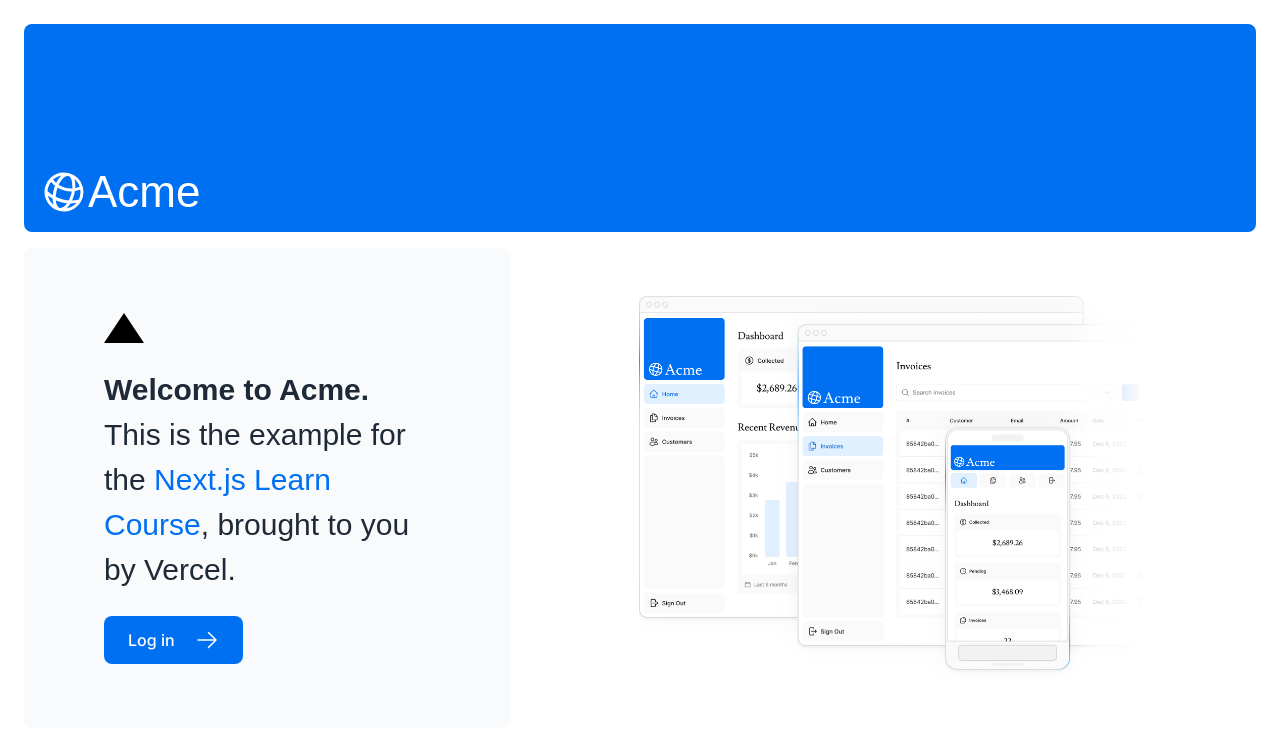
Repository: vaibhav1281/Nextjs-Learning
Page: /
These files come from the project's save history. The page is drawn as it stood at one moment and after the next save; the edit follows.
The browser window is 1280 px wide. The pictures show the whole page.
Some web fonts or font styles are not loaded; a fallback is used. The project was rebuilt for these pictures with package versions that can differ from the ones it lists, and the page was loaded fresh each time. The framework's server and built-in components were replaced by stand-ins that run in the browser. Also part of the build but not shown: next.config.js.

Above is the page before, as saved 2023-12-29 23:13:34.

After the next save:
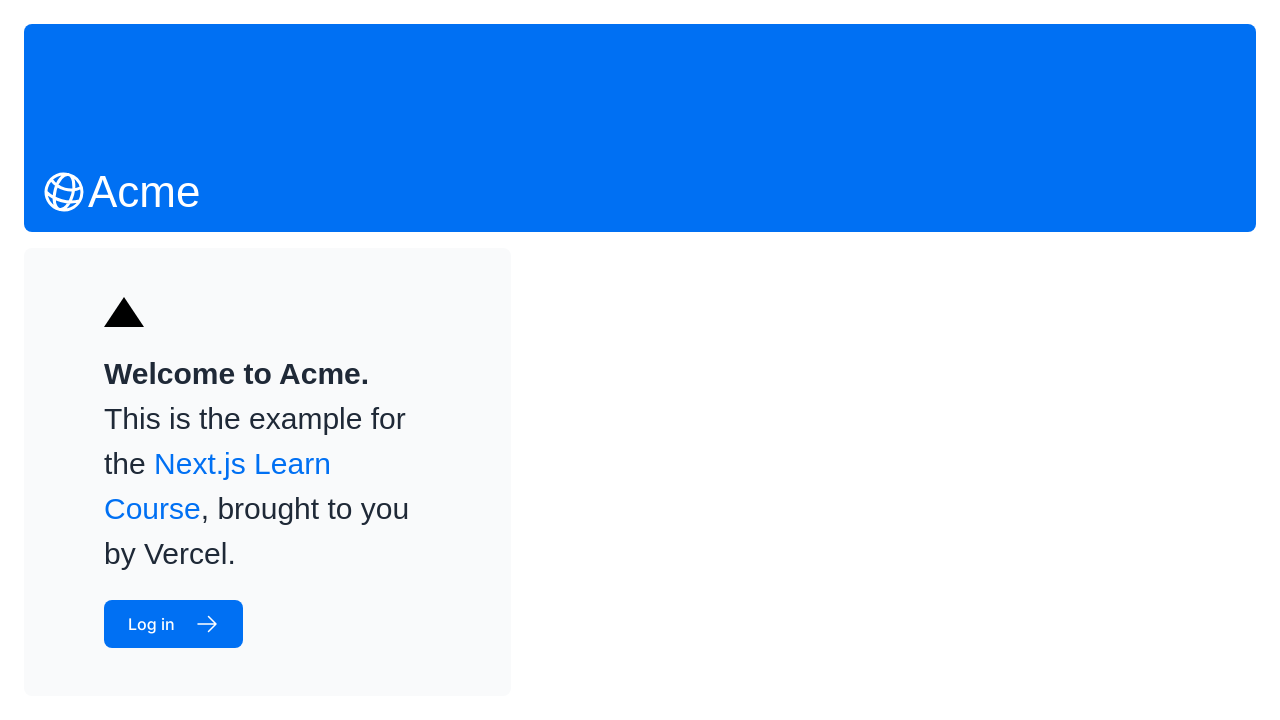
Saved 30 s later.
--- a/app/page.tsx
+++ b/app/page.tsx
@@ -32,13 +32,13 @@
         </div>
         <div className="flex items-center justify-center p-6 md:w-3/5 md:px-28 md:py-12">
           {/* Add Hero Images Here */}
-          <Image
+          {/* <Image
             src='/hero-desktop.png'
             alt=''
             width={1000}
             height={760}
             className='hidden md:block'
-          />
+          /> */}
         </div>
       </div>
     </main>

After the save that followed:
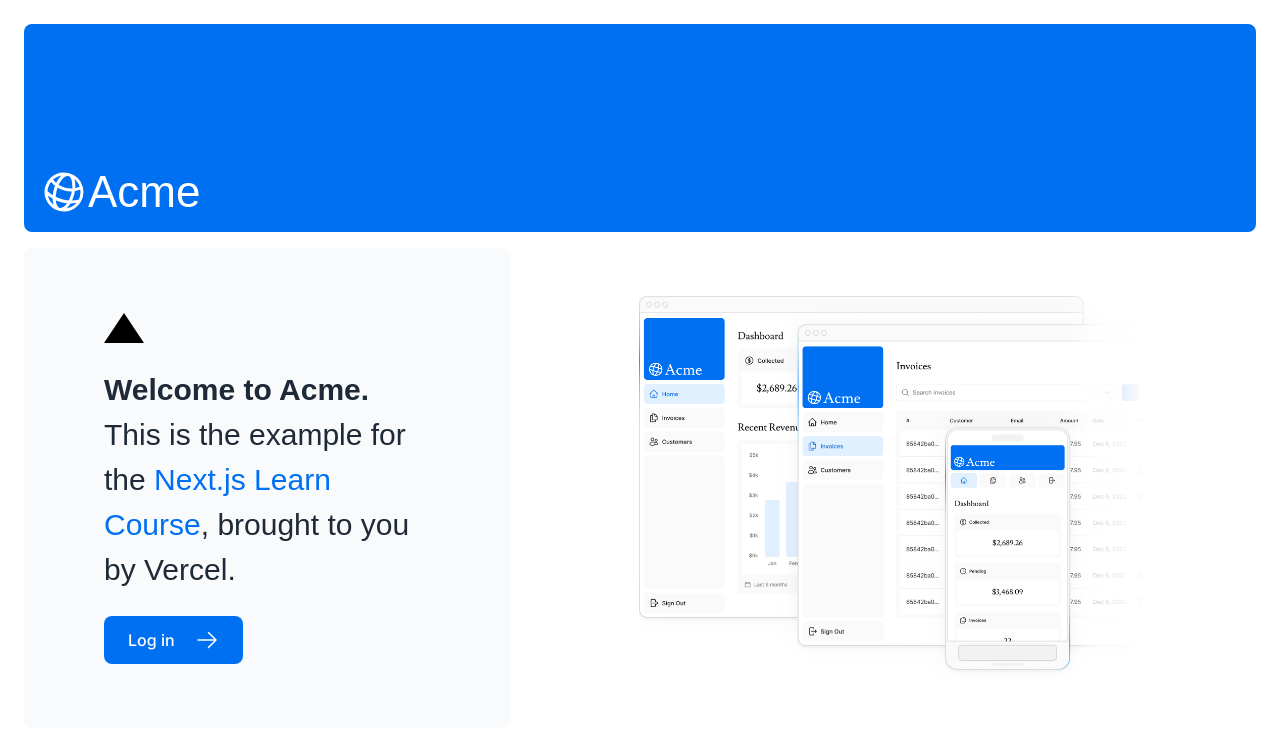
Saved 4 s later.
--- a/app/page.tsx
+++ b/app/page.tsx
@@ -32,13 +32,13 @@
         </div>
         <div className="flex items-center justify-center p-6 md:w-3/5 md:px-28 md:py-12">
           {/* Add Hero Images Here */}
-          {/* <Image
+          <Image
             src='/hero-desktop.png'
             alt=''
             width={1000}
             height={760}
             className='hidden md:block'
-          /> */}
+          />
         </div>
       </div>
     </main>
